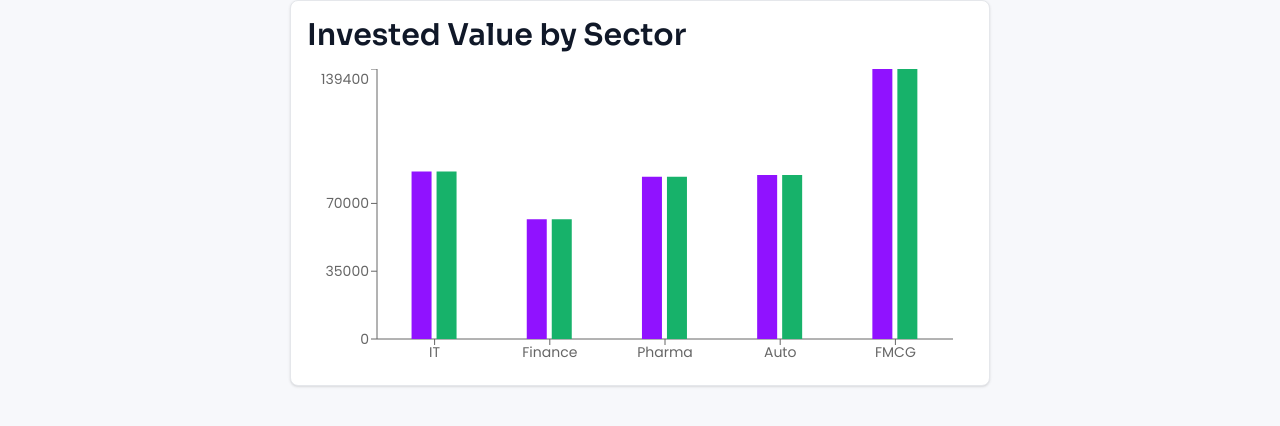
Repository: jabir12-12/inten-project
Page: /components/barchart
These files come from the project's save history. The page is drawn as it stood at one moment and after the next save; the edit follows.
The browser window is 1280 px wide. The pictures show the whole page.
The page's requests for data from a server got no answer. The project was rebuilt for these pictures with package versions that can differ from the ones it lists, and the page was loaded fresh each time. The framework's server and built-in components were replaced by stand-ins that run in the browser. No one was signed in, and anything a server would have sent is missing. Also part of the build but not shown: next.config.ts.

Above is the page before, as saved 2025-05-17 23:29:12.

### src/pages/_app.tsx
import "@/styles/globals.css";
import type { AppProps } from "next/app"

export default function App({ Component, pageProps }: AppProps) {
  return <Component {...pageProps} />;
}

### src/pages/components/barchart.tsx
import React, { useEffect, useState } from 'react';
import {
    Bar,
    BarChart,
    CartesianGrid,
    Legend,
    ResponsiveContainer,
    Tooltip,
    XAxis,
    YAxis,
} from "recharts";

interface StockData {
    symbol: string;
    category: string;
    purchasePrice: number;
    quantity: number;
    cmp: number;  // current market price
}

const BASE_STOCKS = [
    { symbol: 'INFY.NS', category: 'IT', purchasePrice: 1350, quantity: 20 },
    { symbol: 'TCS.NS', category: 'IT', purchasePrice: 3200, quantity: 10 },
    { symbol: 'HCLTECH.NS', category: 'IT', purchasePrice: 1100, quantity: 25 },

    { symbol: 'HDFCBANK.NS', category: 'Finance', purchasePrice: 1500, quantity: 15 },
    { symbol: 'ICICIBANK.NS', category: 'Finance', purchasePrice: 750, quantity: 30 },
    { symbol: 'SBIN.NS', category: 'Finance', purchasePrice: 420, quantity: 40 },

    { symbol: 'SUNPHARMA.NS', category: 'Pharma', purchasePrice: 950, quantity: 18 },
    { symbol: 'DIVISLAB.NS', category: 'Pharma', purchasePrice: 4800, quantity: 10 },
    { symbol: 'CIPLA.NS', category: 'Pharma', purchasePrice: 850, quantity: 22 },

    { symbol: 'TATAMOTORS.NS', category: 'Auto', purchasePrice: 350, quantity: 50 },
    { symbol: 'BAJAJ-AUTO.NS', category: 'Auto', purchasePrice: 4200, quantity: 8 },
    { symbol: 'EICHERMOT.NS', category: 'Auto', purchasePrice: 2800, quantity: 12 },

    { symbol: 'HINDUNILVR.NS', category: 'FMCG', purchasePrice: 2500, quantity: 14 },
    { symbol: 'ITC.NS', category: 'FMCG', purchasePrice: 240, quantity: 60 },
    { symbol: 'NESTLEIND.NS', category: 'FMCG', purchasePrice: 18000, quantity: 5 },
];

// Helper to aggregate by category for chart
function aggregateByCategory(stocks: StockData[]) {
    const categoryMap: Record<string, { invested: number; current: number }> = {};

    stocks.forEach(({ category, purchasePrice, quantity, cmp }) => {
        if (!categoryMap[category]) {
            categoryMap[category] = { invested: 0, current: 0 };
        }
        categoryMap[category].invested += purchasePrice * quantity;
        categoryMap[category].current += cmp * quantity;
    });

    return Object.entries(categoryMap).map(([name, values]) => ({
        name,
        invested: values.invested,
        current: values.current,
    }));
}

export default function BarChartComponent() {
    const [stocks, setStocks] = useState<StockData[]>([]);
    const [loading, setLoading] = useState(true);

    useEffect(() => {
        async function fetchData() {
            try {
                const res = await fetch('/api/route'); // Replace with your actual API route URL
                const json = await res.json();

                if (json.success) {
                    // Map cmp prices by symbol
                    const pricesMap: Record<string, number> = {};
                    json.data.forEach((stock: { symbol: string; cmp: number }) => {
                        pricesMap[stock.symbol] = stock.cmp;
                    });

                    // Merge cmp prices into base stocks
                    const updatedStocks: StockData[] = BASE_STOCKS.map(stock => ({
                        ...stock,
                        cmp: pricesMap[stock.symbol] ?? stock.purchasePrice,
                    }));

                    setStocks(updatedStocks);
                } else {
                    console.error("Failed to load stock prices:", json.error);
                    // Fallback to purchasePrice if API fails
                    const fallbackStocks = BASE_STOCKS.map(stock => ({
                        ...stock,
                        cmp: stock.purchasePrice,
                    }));
                    setStocks(fallbackStocks);
                }
            } catch (err) {
                console.error("Error fetching stock prices:", err);
                // Fallback to purchasePrice on error
                const fallbackStocks = BASE_STOCKS.map(stock => ({
                    ...stock,
                    cmp: stock.purchasePrice,
                }));
                setStocks(fallbackStocks);
            } finally {
                setLoading(false);
            }
        }

        fetchData();
    }, []);

    if (loading) return <div>Loading stock data...</div>;

    const barChartData = aggregateByCategory(stocks);

    return (
        <div className="flex flex-col gap-4 border border-gray-200 rounded-lg p-4 bg-white shadow-sm max-w-full w-full sm:w-[90vw] md:w-[600px] lg:w-[700px] mx-auto">
            <h1 className="text-gray-900 font-semibold text-xl sm:text-2xl md:text-3xl">
                Invested Value by Sector
            </h1>

            <ResponsiveContainer width="100%" height={300}>
                <BarChart
                    data={barChartData}
                    barGap={5}
                    barCategoryGap="30%"
                    margin={{ right: 20, left: 10 }}
                >
                    <CartesianGrid strokeDasharray="3 3" horizontal={false} vertical={false} />
                    <XAxis
                        dataKey="name"
                        fontFamily="poppins"
                        fontSize={14}
                        fontWeight={400}
                        fill="#667085"
                        interval="preserveStartEnd"
                    />
                    <YAxis
                        domain={[0, 'dataMax']}
                        fontFamily="poppins"
                        fontSize={14}
                        fontWeight={400}
                        fill="#667085"
                    />
                    <Tooltip
                        cursor={false}
                        isAnimationActive={true}
                        content={({ active, payload, label }) => {
                            if (!active || !payload || payload.length === 0) return null;

                            const invested = Number(payload.find(p => p.dataKey === 'invested')?.value) || 0;
                            const current = Number(payload.find(p => p.dataKey === 'current')?.value) || 0;
                            const gainLoss = Math.abs(current - invested);
                            const gainLossColor = current >= invested ? "#17B26A" : "#F04438";

                            return (
                                <div style={{ backgroundColor: 'white', padding: 10, border: '1px solid #ccc' }}>
                                    <p style={{ marginBottom: 8, fontWeight: 'bold' }}>{label}</p>
                                    <p style={{ color: '#9012FF' }}>
                                        Invested: ₹{invested.toLocaleString("en-IN")}
                                    </p>
                                    <p style={{ color: gainLossColor }}>
                                        Current: ₹{current.toLocaleString("en-IN")}
                                    </p>
                                    <p style={{ color: gainLossColor }}>
                                        Gain/Loss: ₹{gainLoss.toLocaleString("en-IN")}
                                    </p>
                                </div>
                            );
                        }}
                    />
                    <Legend wrapperStyle={{ display: 'none' }} />
                    <Bar dataKey="invested" name="Invested" fill="#9012FF" />
                    <Bar dataKey="current" name="Current" fill="#17B26A" />
                </BarChart>
            </ResponsiveContainer>
        </div>
    );
}

### src/styles/globals.css
@import url('https://fonts.googleapis.com/css2?family=Poppins:wght@400;500;600&family=Inter:wght@400;500;600&family=Sora:wght@400;500;600;700;800&display=swap');
@import url('https://fonts.googleapis.com/css2?family=Inter:wght@400;700&display=swap');

@import "tailwindcss";

body {
  background-color: #f7f8fb;
  margin: 0;
  padding: 0;
  font-family: 'Poppins', sans-serif;
  justify-content: center;
  align-items: center;
  height: 100vh;
}

.video-js .vjs-playback-rate {
  font-size: 10px;
  transform: translateY(12px);
  /* Moves the button down by 10px */

}

.heading .head {
  font-family: 'Sora', sans-serif;
  font-size: 24px;
  /* Example size */
  font-weight: 700;
}

/* Example for other headings if needed */
h1,
h2,
h3,
h4,
h5,
h6 {
  font-family: 'Sora', sans-serif;
}

h3 {
  font-size: 18px;
  font-weight: 600;
}

/* Ensure that other text elements use Poppins */
p,
span,
div {
  font-family: 'Poppins', sans-serif;
}

.button {
  outline: none;
}

/* Custom scrollbar styles */

::-webkit-scrollbar {
  width: 7px;
  height: 7px;
}

::-webkit-scrollbar-thumb {
  background-color: rgba(234, 236, 240, 1);
  ;

  border-radius: 100px;
}

::-webkit-scrollbar-track {
  background: "white";

}

/* THIS IS FOR TEXT-EDITOR IN DISSCUSSION TAB --------------------------*/
.custom-quill .ql-container {
  border: none !important;
  /* Remove the border from the container */
}

.custom-quill .ql-editor {
  border: none !important;
  /* Ensure no border around the editor */
}

.custom-quill:focus {
  outline: none;
  /* Remove outline on focus */
}

.custom-quill .ql-editor {
  font-size: 16px;
  /* Set text size to 16px */
  font-family: 'Poppins', sans-serif;
  font-style: normal;
  /* Use the Poppins font */

}

.custom-quill .ql-editor:empty::before {

  /* Show placeholder */
  color: #667085;
  /* Placeholder color */
  font-family: 'Poppins', sans-serif;
  font-style: normal;
  /* Poppins font for placeholder */
  font-size: 16px;
  /* Placeholder size */
  position: absolute;
  /* Position it absolutely */
  left: 10px;
  /* Adjust according to your padding */
  top: 10px;
  /* Adjust according to your padding */
  pointer-events: none;
  /* Prevent interaction */
}

.custom-quill .ql-editor:focus::before {
  display: none;
  /* Hide placeholder on focus */
}

/* -------------------------------------------------- */
/* FOR TOOLTIP FOR TEST PAGE ONLY ->learn Tab */


.tooltipText {
  position: absolute;
  color: white;
  bottom: 125%;
  /* Position above the button */
  left: 50%;
  /* Center horizontally */
  transform: translateX(-50%);
  /* Adjust to center the tooltip */

  z-index: 3;
  background-color: #131313;
  box-shadow: 0 5px 10px rgba(0, 0, 0, 0.3);
  padding: 6px 14px;
  /* Padding inside the tooltip */
  width: 204px;
  /* Fixed width */
  height: auto;
  /* Hug content (height grows with content) */
  min-height: 78px;
  /* Minimum height */
  font-size: 15px;
  font-weight: 400;
  border-radius: 5px;
  white-space: normal;
  /* Allow text wrapping for longer content */
  opacity: 0;
  pointer-events: none;
  transition: all 0.4s ease;
}

.tooltip:hover .tooltipText {
  opacity: 1;
  pointer-events: auto;
  transform: translate(-50%, -10px);
  /* Move tooltip slightly up on hover */
}

.drawer-overlay {
  background-color: transparent !important;
  /* Makes the overlay transparent */
}

/* magic.module.css */
.customCheckbox input[type="checkbox"]:checked {
  background-color: #9012FF;
  border-color: #9012FF;
}

/* Add this to your global CSS file */
.ql-container .ql-editor img {
  cursor: pointer;
}

.image-resizer {
  border: 1px dashed #999;
  position: absolute;
}

.image-resizer .resize-handle {
  background-color: #fff;
  border: 1px solid #999;
  height: 8px;
  width: 8px;
  position: absolute;
}

.image-resizer .resize-handle.se {
  bottom: -5px;
  right: -5px;
  cursor: se-resize;
}

.image-resizer .resize-handle.sw {
  bottom: -5px;
  left: -5px;
  cursor: sw-resize;
}

.image-resizer .resize-handle.ne {
  top: -5px;
  right: -5px;
  cursor: ne-resize;
}

.image-resizer .resize-handle.nw {
  top: -5px;
  left: -5px;
  cursor: nw-resize;
}


@layer base {
  :root {
    --radius: 0.5rem;
    --chart-1: 12 76% 61%;
    --chart-2: 173 58% 39%;
    --chart-3: 197 37% 24%;
    --chart-4: 43 74% 66%;
    --chart-5: 27 87% 67%;
  }

  .dark {
    --chart-1: 220 70% 50%;
    --chart-2: 160 60% 45%;
    --chart-3: 30 80% 55%;
    --chart-4: 280 65% 60%;
    --chart-5: 340 75% 55%;
  }
}

Loaded but not shown: src/pages/_document.tsx (common file)

After the next save:
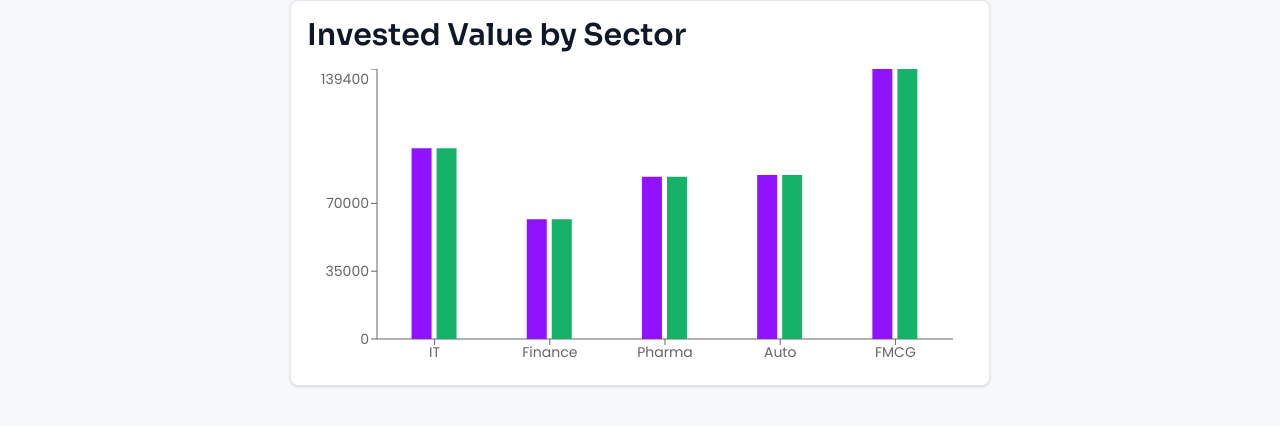
Saved 17 s later.
--- a/src/pages/components/barchart.tsx
+++ b/src/pages/components/barchart.tsx
@@ -19,8 +19,8 @@ interface StockData {
 }
 
 const BASE_STOCKS = [
-    { symbol: 'INFY.NS', category: 'IT', purchasePrice: 1350, quantity: 20 },
-    { symbol: 'TCS.NS', category: 'IT', purchasePrice: 3200, quantity: 10 },
+    { symbol: 'INFY.NS', category: 'IT', purchasePrice: 1650, quantity: 20 },
+    { symbol: 'TCS.NS', category: 'IT', purchasePrice: 3800, quantity: 10 },
     { symbol: 'HCLTECH.NS', category: 'IT', purchasePrice: 1100, quantity: 25 },
 
     { symbol: 'HDFCBANK.NS', category: 'Finance', purchasePrice: 1500, quantity: 15 },
